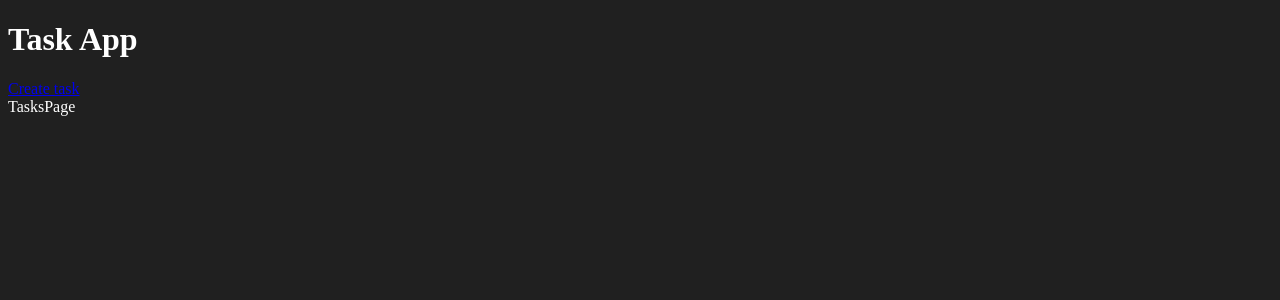
Repository: ChemsJam/django_react_api_crud
Page: / (app in Client/)
The author's editor kept a copy of each file at every save. The page is drawn from the files as they stood at one save, then again after the next save.
The browser window is 1280 px wide. The pictures show the whole page.
The project was rebuilt for these pictures with package versions that can differ from the ones it lists, and the page was loaded fresh each time. Also part of the build but not shown: Client/vite.config.js, Client/src/pages/TaskFormPage.jsx.

Above is the page before, as saved 2024-07-03 19:39:19.

### Client/src/App.jsx
import { BrowserRouter, Navigate, Route, Routes } from 'react-router-dom'
import { TasksPage } from './pages/TasksPage'
import { TasksFormPage } from './pages/TaskFormPage'
import { Navigation } from './components/Navigation'

function App() {
  return (
    <BrowserRouter>
      <Navigation />
      <Routes>
        <Route path='/' element={<Navigate to="/tasks" />} />
        <Route path='/tasks' element={<TasksPage />} />
        <Route path='/tasks-create' element={<TasksFormPage />} />

      </Routes>

    </BrowserRouter>
  )
}

export default App

### Client/src/index.css
body {
  background: #202020;
  color: #FFFFFF;
}

### Client/src/pages/TasksPage.jsx
export function TasksPage() {
    return (
        <div>TasksPage</div>
    )
}

### Client/src/components/Navigation.jsx
import { Link } from "react-router-dom"

export function Navigation() {
  return (
    <div>
        <h1>Task App</h1>
        <Link to="/tasks-create">Create task</Link>
    </div>
  )
}

Loaded but not shown: Client/index.html (common file); Client/src/main.jsx (common file)

After the next save:
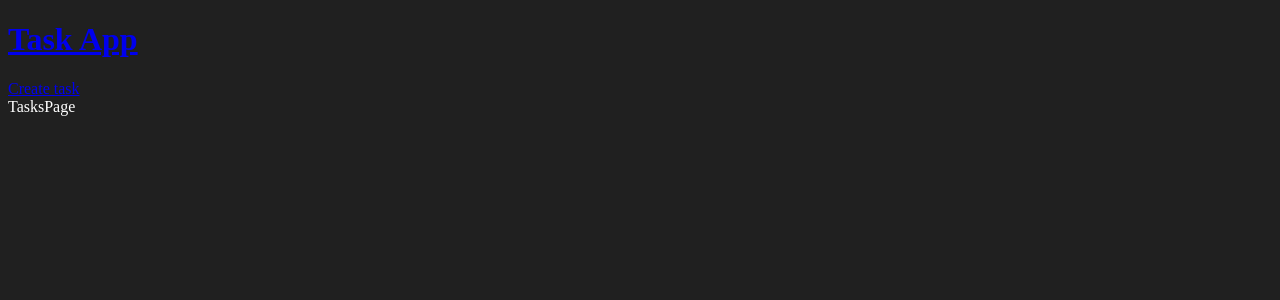
Saved 69 s later.
--- a/Client/src/components/Navigation.jsx
+++ b/Client/src/components/Navigation.jsx
@@ -3,7 +3,12 @@ import { Link } from "react-router-dom"
 export function Navigation() {
   return (
     <div>
-        <h1>Task App</h1>
+        <Link to="/tasks">
+        <h1>
+            Task App
+        </h1>
+        </Link>
+
         <Link to="/tasks-create">Create task</Link>
     </div>
   )
